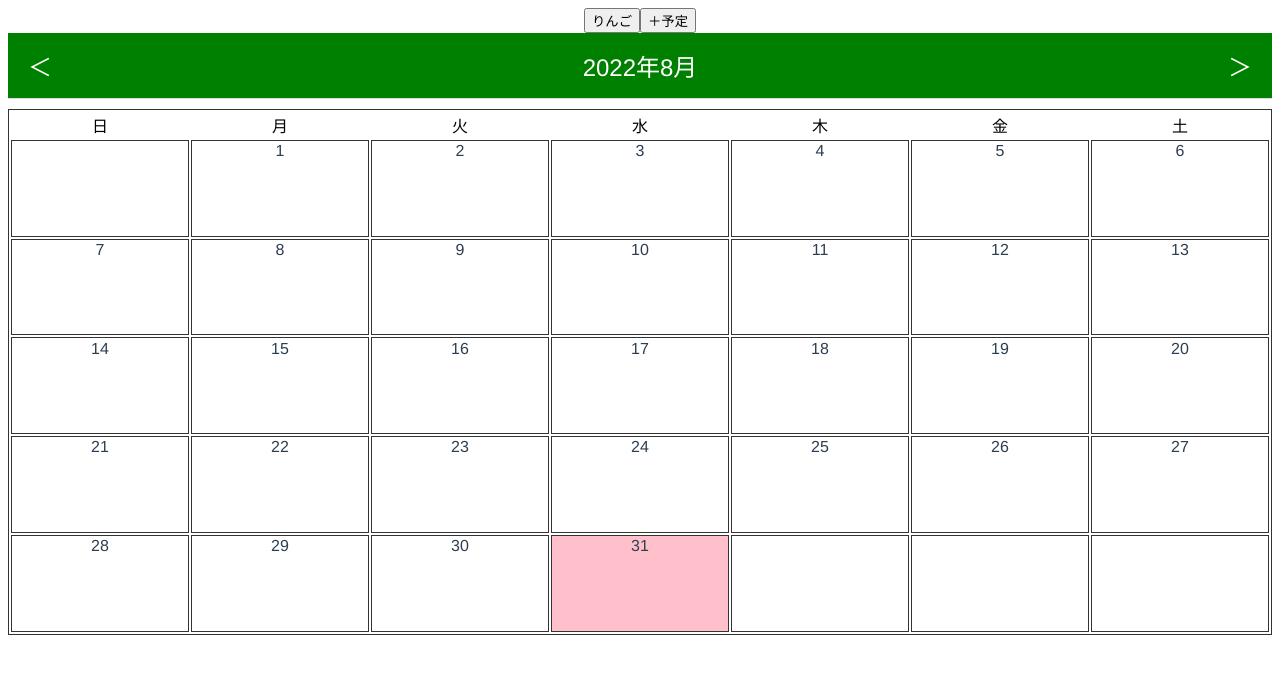
Repository: webex15-team-4/tarava-calendar
Page: /
The author's editor kept a copy of each file at every save. The page is drawn from the files as they stood at one save, then again after the next save.
The browser window is 1280 px wide. The pictures show the whole page.
The project was rebuilt for these pictures with package versions that can differ from the ones it lists, and the page was loaded fresh each time. Also part of the build but not shown: vue.config.js, src/components/HelloWorld.vue, src/views/HomeView.vue.

Above is the page before, as saved 2022-09-13 12:23:23.

After the next save:
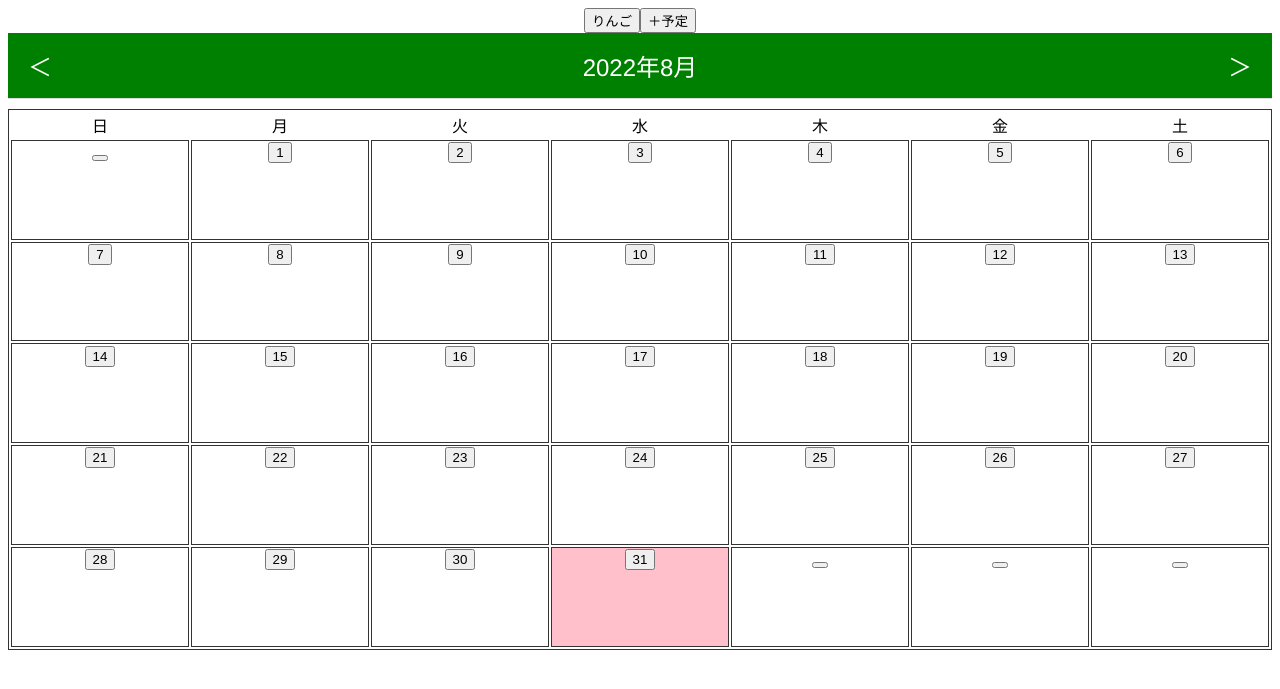
Saved 114 s later.
--- a/src/components/CalendarVue.vue
+++ b/src/components/CalendarVue.vue
@@ -14,12 +14,13 @@
       <tbody>
         <tr v-for="(weekData, weekDataIndex) in calendar" :key="weekDataIndex">
           <td
-            v-on:click="dayNumber"
             v-for="(dayNumber, dayNumberIndex) in weekData"
             :key="dayNumberIndex"
             :class="{ today: isToday(dayNumber) }"
           >
-            <span>{{ dayNumber }}</span>
+            <span
+              ><button v-on:click="dayNumber">{{ dayNumber }}</button></span
+            >
           </td>
         </tr>
       </tbody>
